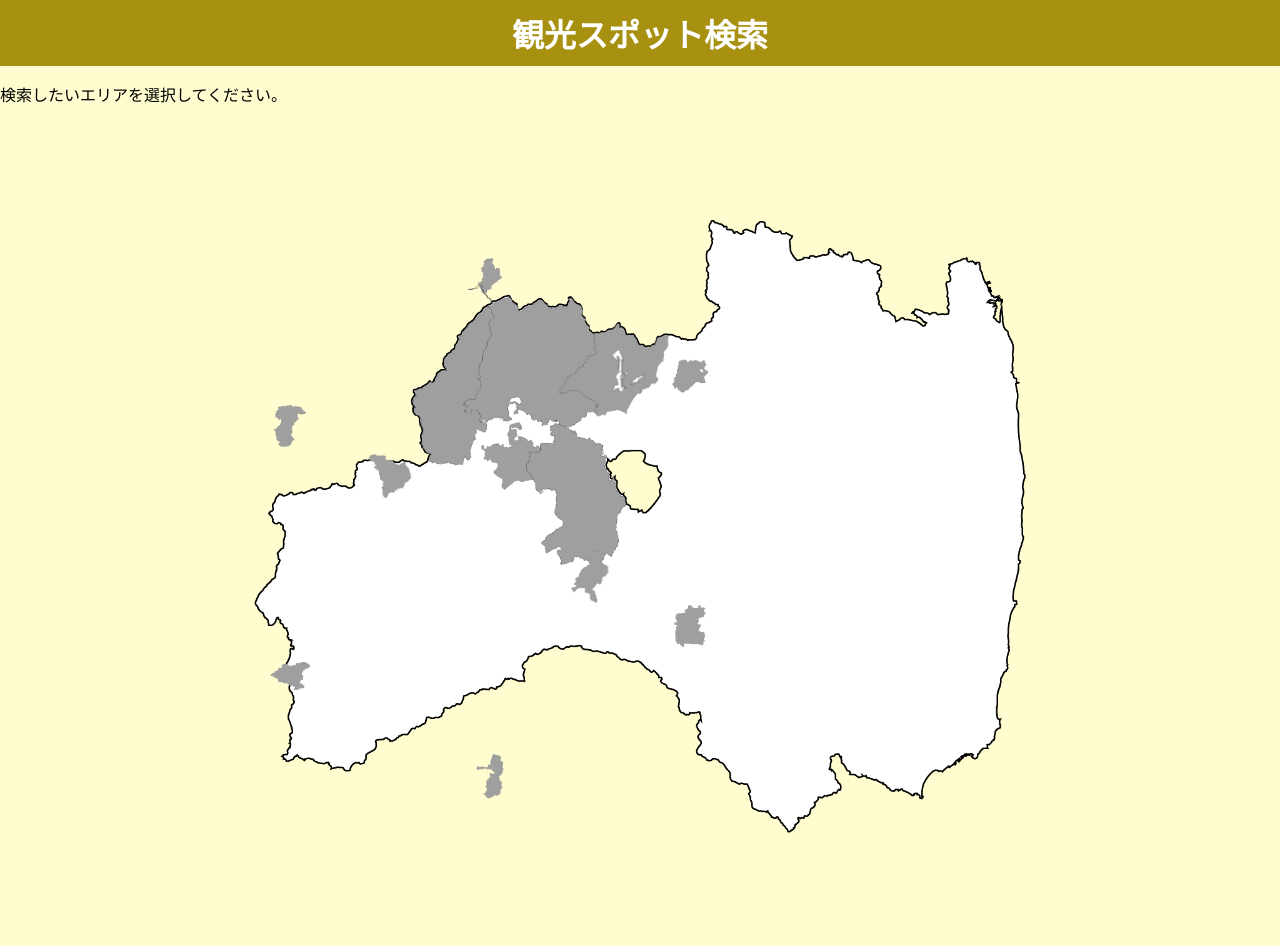
Repository: ryoutana/tanaryou.github.io
Page: Downloads/project/index.html
An editor plug-in stored every save of this project. The page is shown before and after a run of saves, followed by the edit.
The browser window is 1280 px wide. The pictures show the whole page.

Above is the page before, as saved 2025-04-29 12:56:04.

After the next 4 saves:
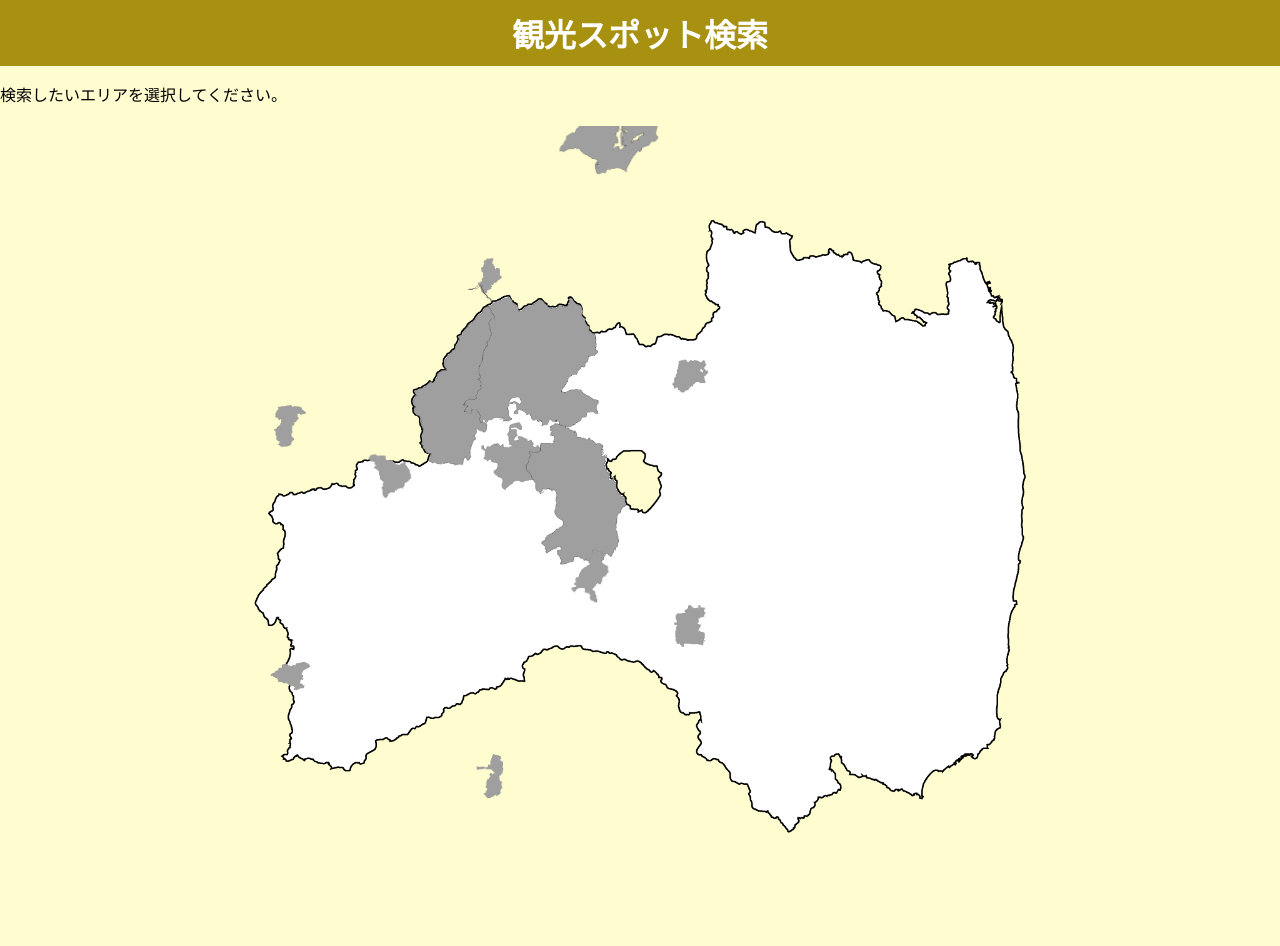
The 4 saves are shown as one change because they came seconds apart.
The last was saved 32 min 55 s later.
--- a/Downloads/project/script.js
+++ b/Downloads/project/script.js
@@ -13,7 +13,7 @@ const spots = [
     { name: '猪苗代町', img: '猪苗代町(白地図).png', x: 350, y: 450, width: 60 },
     { name: '湯川村', img: '湯川村(白地図).png', x: 450, y: 500, width: 50 },
     { name: '磐梯町', img: '磐梯町(白地図).png', x: 50, y: 550, width: 45 },
-    { name: '北塩原村', img: '北塩原村(白地図).png', x: 374, y: 244, width: 123 },
+    { name: '北塩原村', img: '北塩原村(白地図).png', x: 374, y: 2, width: 123 },
     { name: '柳津町', img: '柳津町(白地図).png', x: 250, y: 650, width: 50 }
 ];
 
